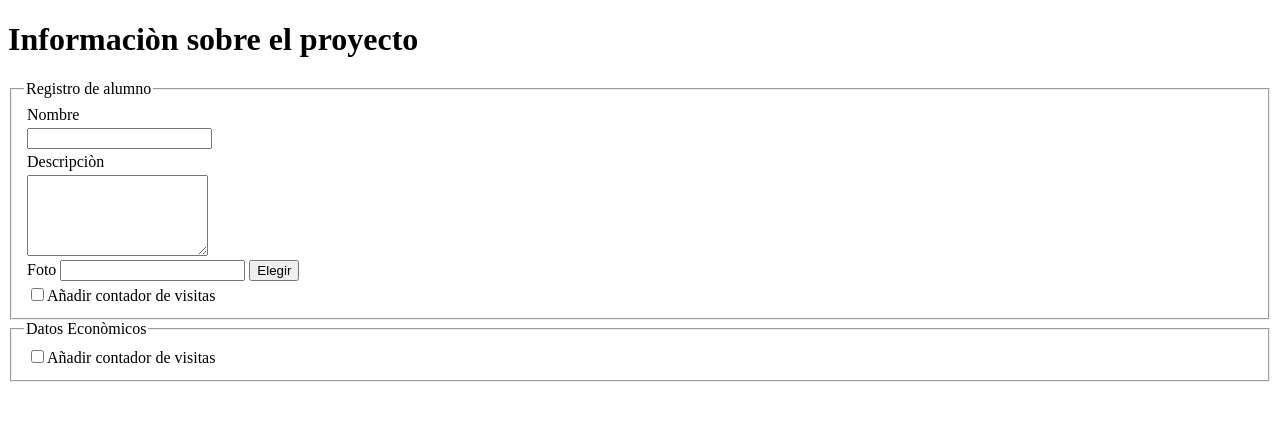
Repository: hoscanoa/Clases-LPII
Page: LPIISemana01/LPII-Semana01/WebContent/inicio.html
The author's editor kept a copy of each file at every save. The page is drawn from the files as they stood at one save, then again after the next save.
The browser window is 1280 px wide. The pictures show the whole page.

Above is the page before, as saved 2014-09-18 22:08:40.

### LPIISemana01/LPII-Semana01/WebContent/inicio.html
<!DOCTYPE html PUBLIC "-//W3C//DTD HTML 4.01 Transitional//EN" "http://www.w3.org/TR/html4/loose.dtd">
<html>
<head>
<meta http-equiv="Content-Type" content="text/html; charset=ISO-8859-1">
<title>Insert title here</title>
</head>
<body>
	<h1>Informaciòn sobre el proyecto</h1>
	<form action="">
		<fieldset>
			<legend>Registro de alumno</legend>
			<table>
				<tr>
					<td>Nombre</td>
				</tr>
				<tr>
					<td colspan="2"><input type="text" name="nombre">
					</td>
				</tr>
				<tr>
					<td>Descripciòn</td>
				</tr>
				<tr>
					<td colspan="2"><textarea rows="5"></textarea></td>
				</tr>

				<tr>
					<td>Foto <input type="text" name="descripcion"> <input
						type="button" value="Elegir">
					</td>
				</tr>
				<tr>
					<td><input type="checkbox">Añadir contador de visitas
					</td>
				</tr>
			</table>
		</fieldset>
		<fieldset>
			<legend>Datos Econòmicos</legend>
			<table>
				<tr>
					<td><input type="checkbox">Añadir contador de visitas
					</td>
				</tr>
			</table>
		</fieldset>
	</form>

</body>
</html>

After the next save:
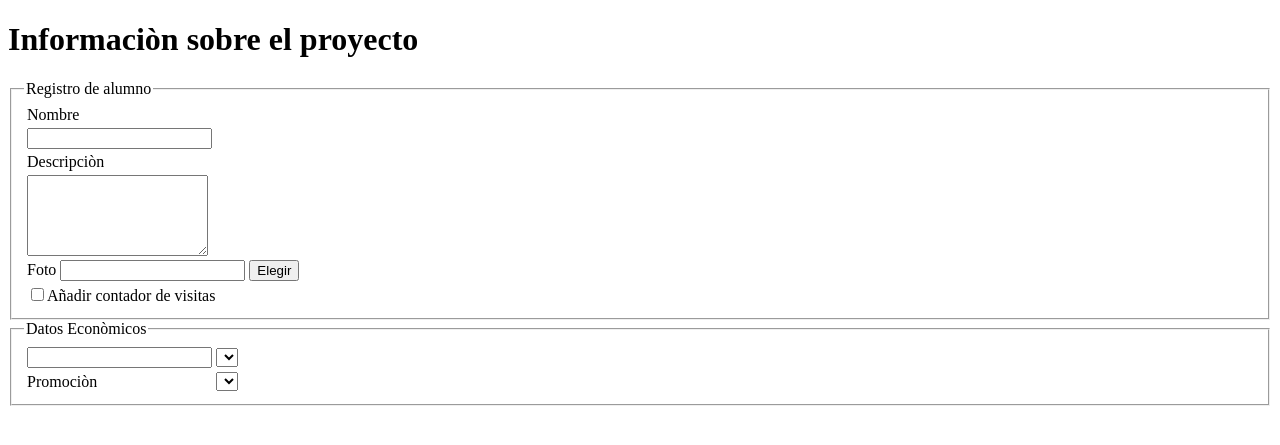
Saved 3 min 18 s later.
--- a/LPIISemana01/LPII-Semana01/WebContent/inicio.html
+++ b/LPIISemana01/LPII-Semana01/WebContent/inicio.html
@@ -39,8 +39,12 @@
 			<legend>Datos Econòmicos</legend>
 			<table>
 				<tr>
-					<td><input type="checkbox">Añadir contador de visitas
-					</td>
+					<td><input type="text" name="precio">  </td>
+					<td><select name="impuestos">  </td>
+				</tr>
+				<tr>
+					<td>Promociòn</td>
+					<td><select name="impuestos">  </td>
 				</tr>
 			</table>
 		</fieldset>
